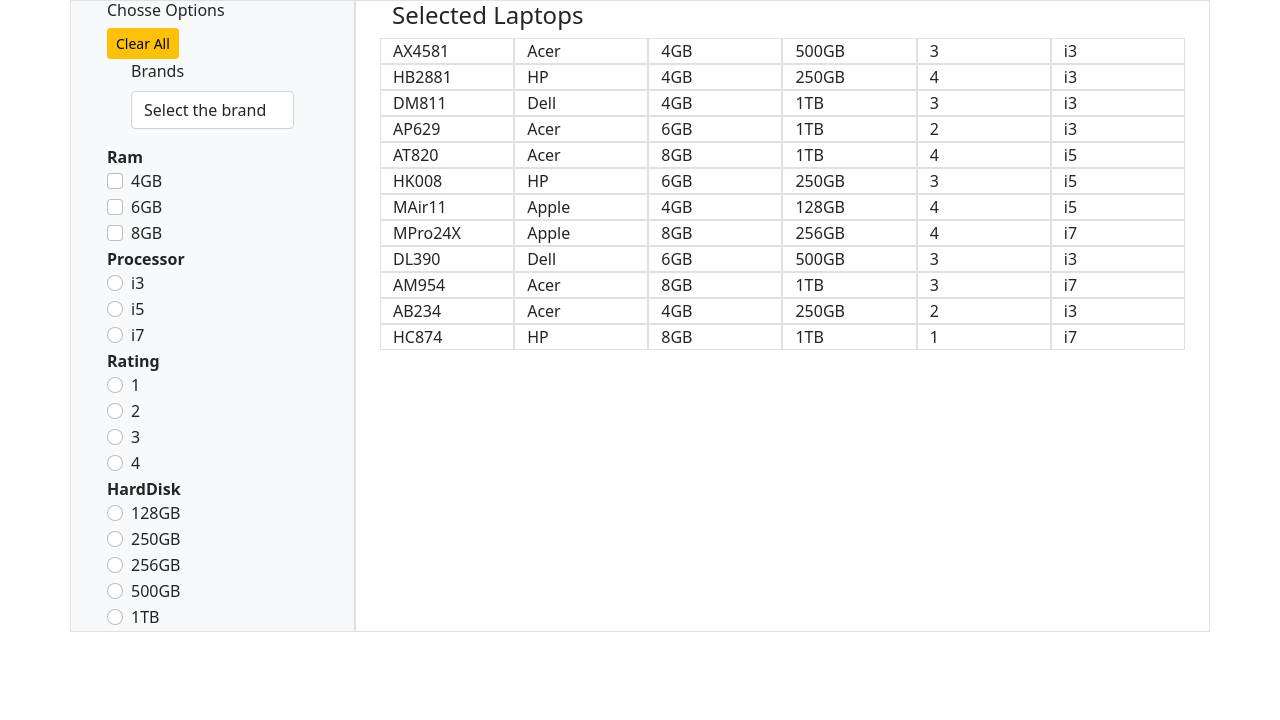
Repository: Sanjayjangra88/combo_app
Page: /
An editor plug-in stored every save of this project. The page is shown before and after the next save, followed by the edit.
The browser window is 1280 px wide. The pictures show the whole page.
Some web libraries are served in a nearby version. The project was rebuilt for these pictures with package versions that can differ from the ones it lists, and the page was loaded fresh each time. Also part of the build but not shown: src/App.js.

Above is the page before, as saved 2022-06-03 14:38:54.

After the next save:
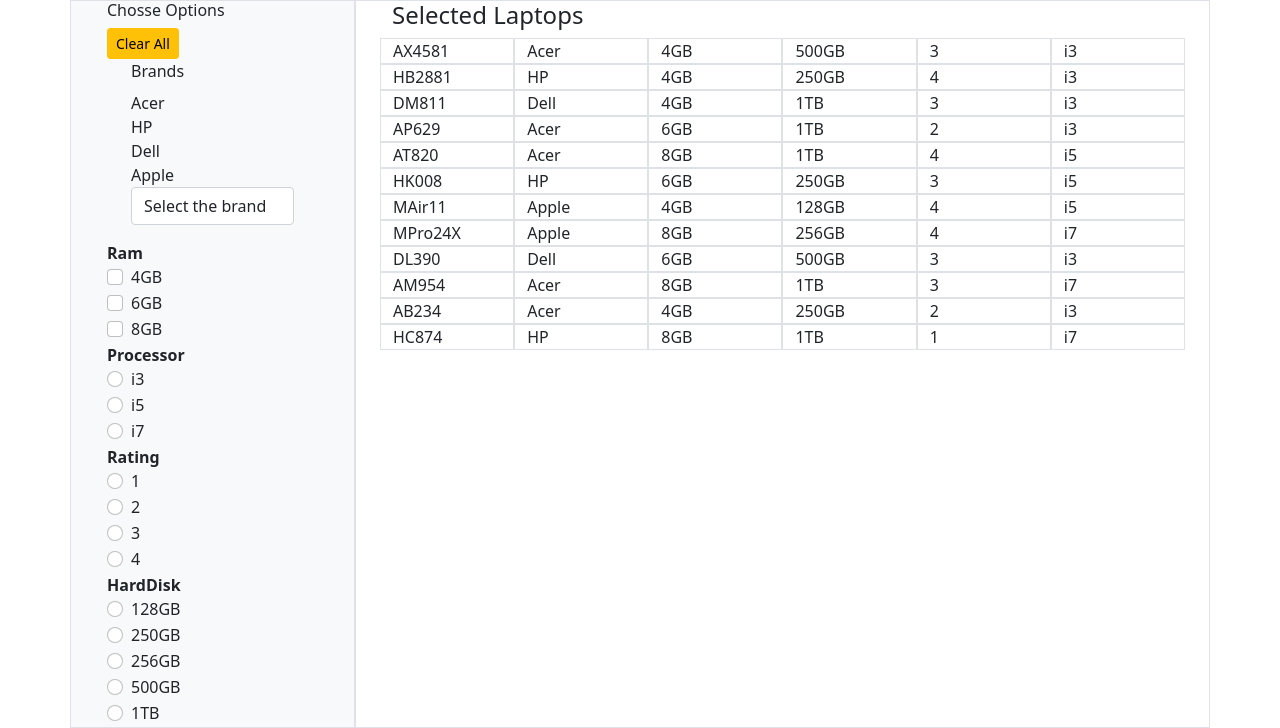
Saved 8 min 18 s later.
--- a/src/Components/leftPanel.jsx
+++ b/src/Components/leftPanel.jsx
@@ -1,6 +1,7 @@
 import React, { Component } from 'react'
 
 export class leftPanel extends Component {
+
   render() {
       const{optionArry,optionSell,remove}=this.props;
       const{brand}=this.props.optionSell;
@@ -15,9 +16,10 @@
               <div className="container">
                       <div className="form-group">
           <label>Brands</label>
+          {optionArry.brand.map((ele)=><option>{ele}</option>)}
           <select className="form-control"name={brand}id="brand"value={brand}onChange={this.handelChange}>
         <option disabled value="">Select the brand</option>
-        {optionArry.brand.map((ele)=><option>{ele}</option>)}
+
           </select>
           </div>
               </div>

After the 2 saves that followed:
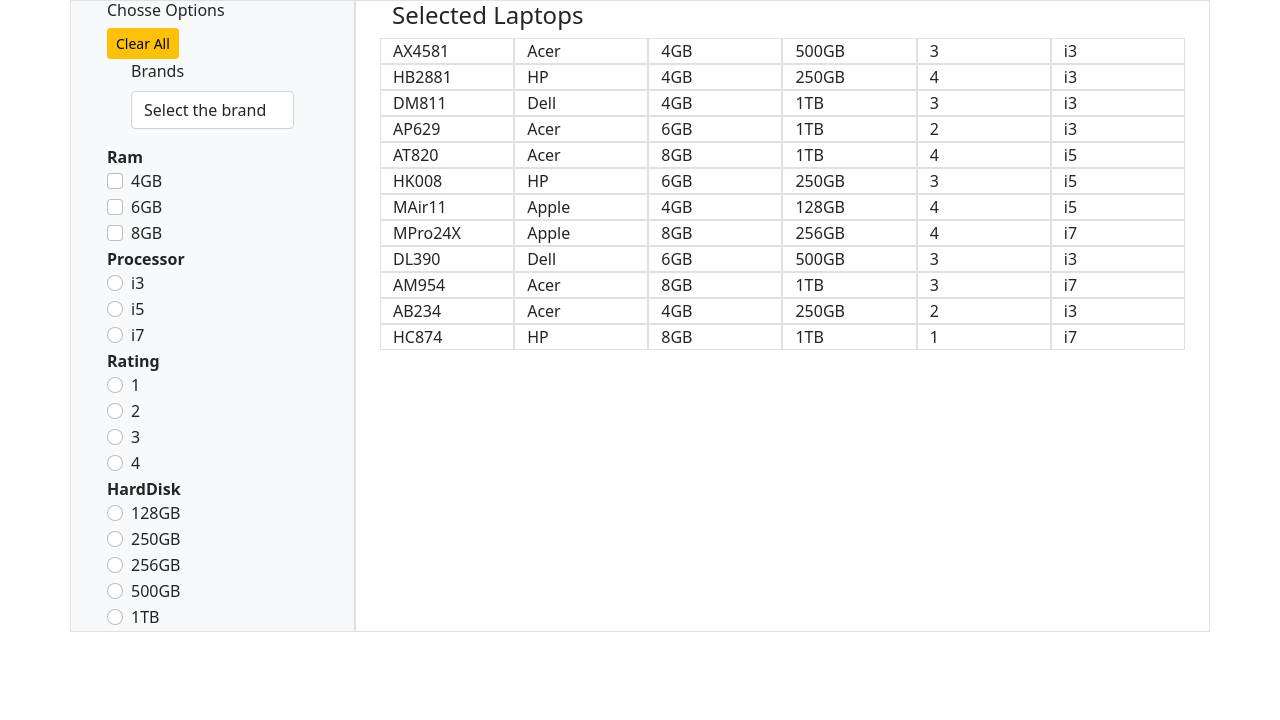
The 2 saves are shown as one change because 1 did not build or start.
The last was saved 3 min 12 s later.
--- a/src/Components/leftPanel.jsx
+++ b/src/Components/leftPanel.jsx
@@ -16,10 +16,9 @@
               <div className="container">
                       <div className="form-group">
           <label>Brands</label>
-          {optionArry.brand.map((ele)=><option>{ele}</option>)}
           <select className="form-control"name={brand}id="brand"value={brand}onChange={this.handelChange}>
         <option disabled value="">Select the brand</option>
-
+        {optionArry.brand.map((ele)=><option>{ele}</option>)}
           </select>
           </div>
               </div>
